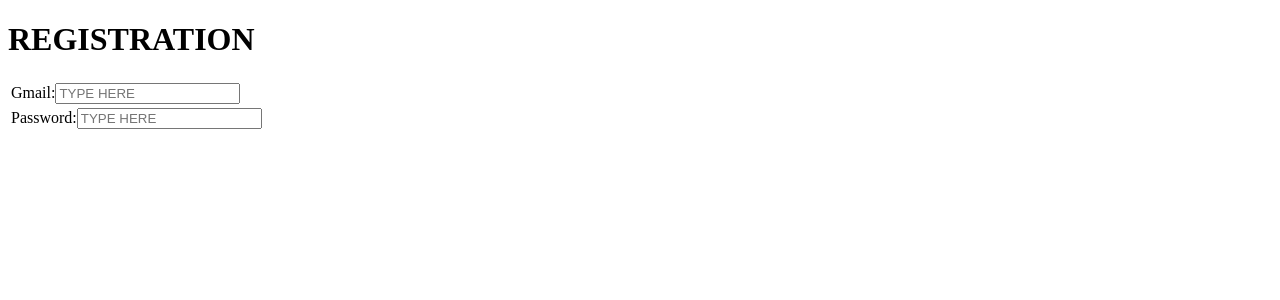
Repository: Amanbadshah/Java-project-
Page: com.basic/src/main/webapp/update.html
The author's editor kept a copy of each file at every save. The page is drawn from the files as they stood at one save, then again after the next save.
The browser window is 1280 px wide. The pictures show the whole page.

Above is the page before, as saved 2022-06-02 07:57:37.

After the next save:
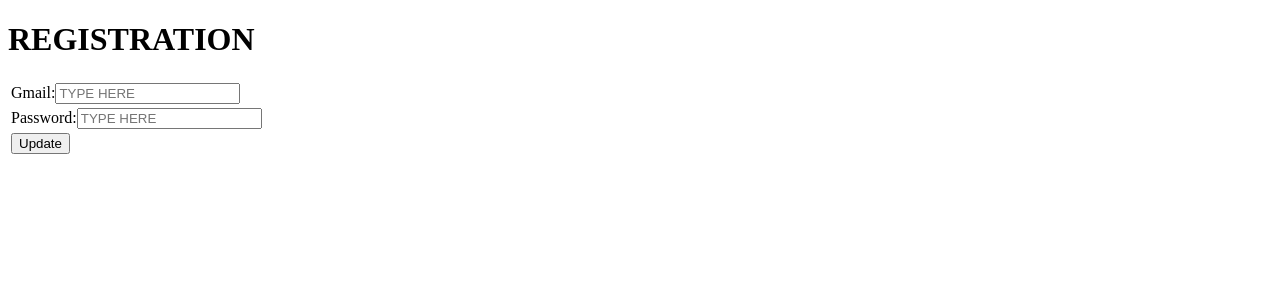
Saved 85 s later.
--- a/com.basic/src/main/webapp/update.html
+++ b/com.basic/src/main/webapp/update.html
@@ -14,6 +14,7 @@
 <tr>
 <td>Password:<input name="password" placeholder="TYPE HERE"></td>
 </tr>
+<tr><td><button type="submit">Update</button></td></tr>
 </table>
 </form>
 </body>
